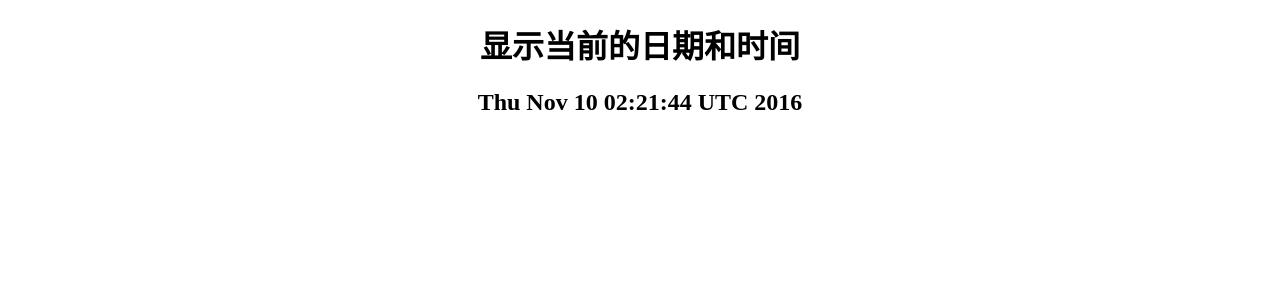
Repository: eterinfi/java
Page: http://localhost/JSPDemo/CurrentDate.jsp
These files come from the project's save history. The page is drawn as it stood at one moment and after the next save; the edit follows.
The browser window is 1280 px wide. The pictures show the whole page.
The page is served by Tomcat 9.

Above is the page before, as saved 2016-11-15 08:28:56.

After the next save:
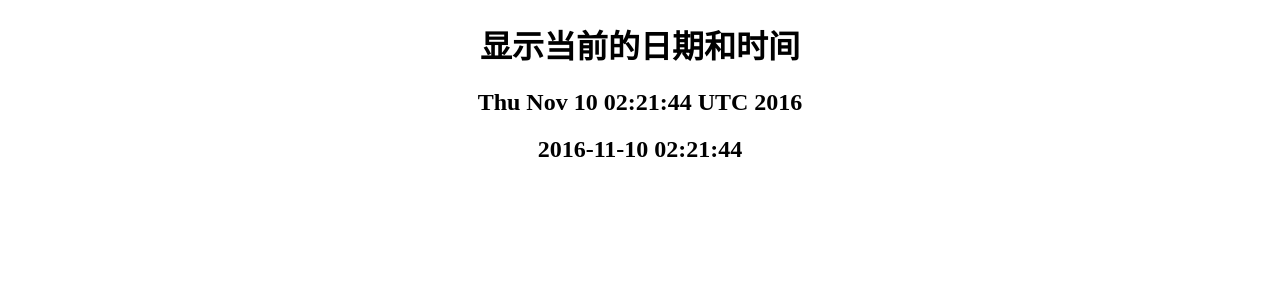
Saved 2 min 14 s later.
--- a/jee/JSPDemo/WebContent/CurrentDate.jsp
+++ b/jee/JSPDemo/WebContent/CurrentDate.jsp
@@ -1,7 +1,7 @@
 <!DOCTYPE html>
 <%@ page language="java" contentType="text/html; charset=UTF-8"
     pageEncoding="UTF-8"%>
-<%@ page import="java.io.*, java.util.*, javax.servlet.*" %>
+<%@ page import="java.io.*, java.util.*, javax.servlet.*, java.text.*" %>
 <html>
 <head>
   <meta http-equiv="Content-Type" content="text/html; charset=utf-8">
@@ -11,7 +11,9 @@
   <h1 align="center">显示当前的日期和时间</h1>
   <%
     Date date = new Date();
+    SimpleDateFormat ft = new SimpleDateFormat ("yyyy-MM-dd HH:mm:ss");
     out.print("<h2 align=\"center\">" + date.toString() + "</h2>");
+    out.print("<h2 align=\"center\">" + ft.format(date) + "</h2>");
   %>
 </body>
 </html>
